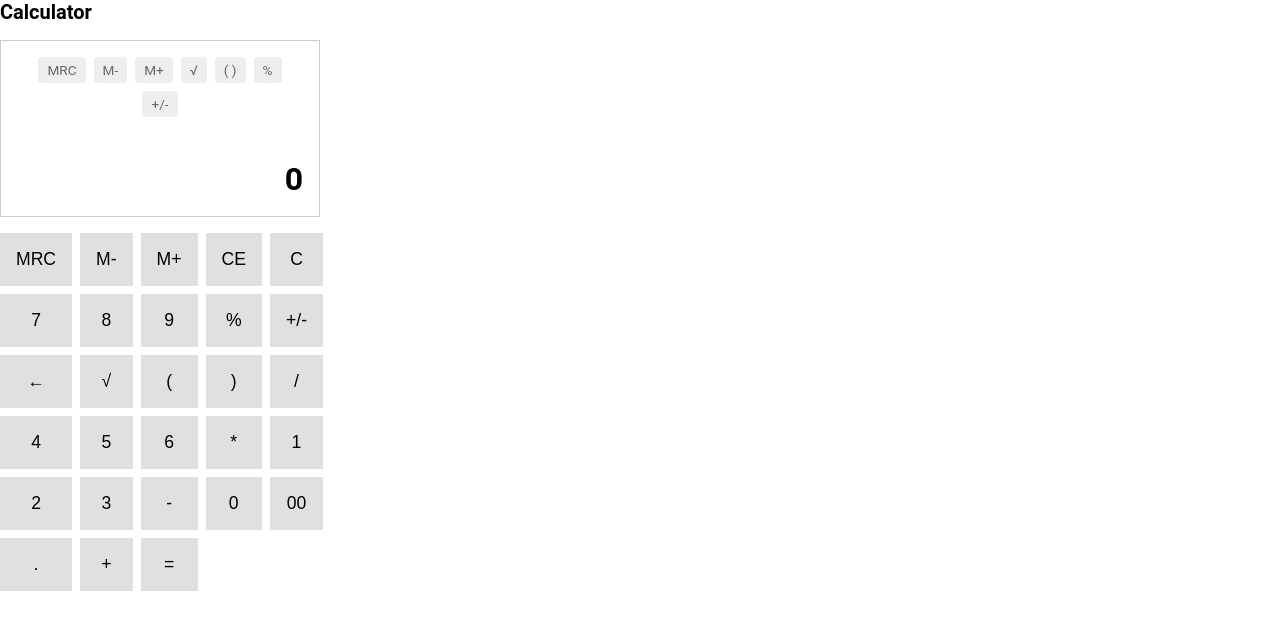
Repository: Denis793/CalculatorNew
Page: index.html
An editor plug-in stored every save of this project. The page is shown before and after the next save, followed by the edit.
The browser window is 1280 px wide. The pictures show the whole page.
The style sheet was rebuilt from its Sass, Less or Tailwind sources for each picture, by a compiler version that may differ from the author's.

Above is the page before, as saved 2025-05-17 16:55:29.

### index.html
<!DOCTYPE html>
<html lang="en">
  <head>
    <meta charset="UTF-8" />
    <meta name="viewport" content="width=device-width, initial-scale=1.0" />
    <title>Calculator</title>
    <link rel="stylesheet" href="./app/style/css/main.css" />
  </head>
  <body>
    <h1>Calculator</h1>

    <div class="display">
      <div class="indicators">
        <span class="indicator" data-key="MRC">MRC</span>
        <span class="indicator" data-key="M-">M-</span>
        <span class="indicator" data-key="M+">M+</span>
        <span class="indicator" data-key="√">√</span>
        <span class="indicator" data-key="()">( )</span>
        <span class="indicator" data-key="%">%</span>
        <span class="indicator" data-key="+/-">+/-</span>
      </div>

      <ul id="historyList"></ul>
      <div class="previous"></div>
      <div class="current"></div>
    </div>

    <div class="keypad">
      <button class="button">MRC</button>
      <button class="button">M-</button>
      <button class="button">M+</button>
      <button class="button">CE</button>
      <button class="button ac">C</button>

      <button class="button">7</button>
      <button class="button">8</button>
      <button class="button">9</button>

      <button class="button">%</button>
      <button class="button">+/-</button>
      <button class="button">←</button>
      <button class="button">√</button>
      <button class="button">(</button>
      <button class="button">)</button>

      <button class="button">/</button>
      <button class="button">4</button>
      <button class="button">5</button>
      <button class="button">6</button>
      <button class="button">*</button>
      <button class="button">1</button>
      <button class="button">2</button>
      <button class="button">3</button>
      <button class="button">-</button>
      <button class="button">0</button>
      <button class="button">00</button>
      <button class="button">.</button>
      <button class="button">+</button>
      <button class="button">=</button>
    </div>

    <script type="module" src="./app/js/main.js"></script>
  </body>
</html>

### app/js/main.js
import { initializeCalculator } from './state.js';
import './memory.js';
import './operations.js';
import './equals.js';
import './formatter.js';
import './history.js';
import './inputHandler.js';

initializeCalculator();

### app/js/state.js
import { handleMemory } from './memory.js';
import { handleOperations } from './operations.js';
import { handleEquals } from './equals.js';
import { handleInput } from './inputHandler.js';

export const state = {
  expression: '',
  memory: 0,
  memoryLog: [],
  finish: false,
  lastOperator: '',
  lastOperand: '',
  history: [],
  MAX_LENGTH: 12,
  displayPrev: document.querySelector('.previous'),
  displayCurr: document.querySelector('.current'),
  buttons: document.querySelector('.keypad'),
  historyList: document.getElementById('historyList'),
  lastFunction: '',
  parenthesesCount: 0,
};

export function clearAll() {
  state.expression = '';
  state.finish = false;
  state.lastOperator = '';
  state.lastOperand = '';
  state.lastFunction = '';
  state.parenthesesCount = 0;
  state.displayCurr.textContent = '0';
  state.displayPrev.textContent = '';
  state.historyList.innerHTML = '';
  state.history = [];
  document.querySelectorAll('.button').forEach((btn) => btn.classList.remove('active-operator'));
  document.querySelectorAll('.indicator').forEach((i) => i.classList.remove('active'));
}

export function initializeCalculator() {
  clearAll();

  document.querySelector('.ac').addEventListener('click', clearAll);

  state.buttons.addEventListener('click', (e) => {
    const btn = e.target;
    if (!btn.classList.contains('button')) return;

    const key = btn.textContent;

    const specialKeys = ['MRC', 'M-', 'M+', '+/-', '√'];
    if (specialKeys.includes(key)) {
      document.querySelectorAll('.indicator').forEach((i) => {
        const keep = i.dataset.key === '()' && state.parenthesesCount > 0;
        if (!keep) i.classList.remove('active');
      });
      const indicator = document.querySelector(`.indicator[data-key="${key}"]`);
      if (indicator) indicator.classList.add('active');
    }

    if (handleMemory(key)) return;
    if (handleOperations(key)) return;
    if (handleEquals(key)) return;
    if (handleInput(key)) return;
  });
}

### app/js/memory.js
import { state } from './state.js';
import { formatExpression } from './formatter.js';

export function handleMemory(key) {
  if (!state.memoryLog) state.memoryLog = [];

  if (key === 'MRC') {
    state.displayCurr.textContent = formatExpression(state.memory.toString());
    state.expression = state.memory.toString();
    state.finish = false;
    return true;
  }

  if (key === 'M+') {
    const value = parseFloat(state.displayCurr.textContent.replace(/\s/g, '')) || 0;
    state.memory += value;
    state.memoryLog.push(`+${value}`);
    if (state.memoryLog.length > 5) state.memoryLog.shift();
    return true;
  }

  if (key === 'M-') {
    const value = parseFloat(state.displayCurr.textContent.replace(/\s/g, '')) || 0;
    state.memory -= value;
    state.memoryLog.push(`-${value}`);
    if (state.memoryLog.length > 5) state.memoryLog.shift();
    return true;
  }

  return false;
}

### app/js/operations.js
import { state, clearAll } from './state.js';
import { formatExpression } from './formatter.js';

export function handleOperations(key) {
  if (key === '+/-') {
    if (state.displayCurr.textContent === '0') return true;
    if (state.finish) {
      state.expression = (-parseFloat(state.displayCurr.textContent.replace(/\s/g, ''))).toString();
      state.finish = false;
    } else {
      const match = state.expression.match(/(-?\d+\.?\d*)$/);
      if (match) {
        const num = match[0];
        const inverted = (-parseFloat(num)).toString();
        state.expression = state.expression.slice(0, -num.length) + inverted;
      } else {
        state.expression = '-' + state.expression;
      }
    }
    state.displayCurr.textContent = formatExpression(state.expression);
    return true;
  }

  if (key === '←') {
    if (state.finish) return true;
    state.expression = state.expression.slice(0, -1);
    state.displayCurr.textContent = formatExpression(state.expression) || '0';
    return true;
  }

  if (key === '%') {
    state.expression += '/100';
    state.displayCurr.textContent = formatExpression(state.expression);
    return true;
  }

  if (key === '√') {
    if (state.expression === '') return true;
    const original = state.expression;
    const result = Math.sqrt(eval(original));
    const visible = `√${original}`;
    state.expression = result.toString();
    state.displayCurr.textContent = formatExpression(state.expression);
    state.displayPrev.textContent = visible;
    state.lastFunction = 'sqrt';
    state.lastOperator = '';
    state.lastOperand = '';
    state.finish = true;
    const indicator = document.querySelector(`.indicator[data-key="√"]`);
    if (indicator) indicator.classList.add('active');
    return true;
  }

  if (key === '(') {
    if (state.finish) {
      state.expression = '';
      state.finish = false;
    }
    state.expression += key;
    state.displayCurr.textContent = formatExpression(state.expression);
    state.parenthesesCount++;
    const indicator = document.querySelector(`.indicator[data-key="()"]`);
    if (indicator) indicator.classList.add('active');
    return true;
  }

  if (key === ')') {
    if (state.finish) {
      state.expression = '';
      state.finish = false;
    }
    state.expression += key;
    state.displayCurr.textContent = formatExpression(state.expression);
    if (state.parenthesesCount > 0) {
      state.parenthesesCount--;
      if (state.parenthesesCount === 0) {
        const indicator = document.querySelector(`.indicator[data-key="()"]`);
        if (indicator) indicator.classList.remove('active');
      }
    }
    return true;
  }

  if (key === 'CE') {
    const match = state.expression.match(/.*?(?:[+\-*/(]|^)([\d.]+)$/);
    if (match) {
      state.expression = state.expression.slice(0, -match[1].length);
    } else {
      state.expression = '';
    }
    state.lastFunction = '';
    state.displayCurr.textContent = formatExpression(state.expression) || '0';
    document.querySelectorAll('.indicator').forEach((i) => i.classList.remove('active'));
    return true;
  }

  if (key === 'C') {
    clearAll();
    return true;
  }

  return false;
}

### app/js/equals.js
import { state } from './state.js';
import { formatExpression } from './formatter.js';
import { addToHistory } from './history.js';

export function handleEquals(key) {
  if (key !== '=') return false;

  try {
    if (!state.finish) {
      const result = eval(state.expression);
      const match = state.expression.match(/(.+)([+\-*/])\s*(-?\d+\.?\d*)$/);

      if (match) {
        state.lastOperator = match[2];
        state.lastOperand = match[3];
      } else {
        state.lastOperator = '';
        state.lastOperand = '';
      }

      const visible = state.displayPrev.textContent || state.expression;

      state.displayCurr.textContent = formatExpression(result.toString());
      state.expression = result.toString();
      state.finish = true;
      state.displayPrev.textContent = '';

      const containsOperator = /[+\-*/()]|Math\.sqrt|%/.test(visible);
      const isSame = visible.replace(/\s/g, '') === result.toString();

      if (containsOperator && !isSame) {
        addToHistory(`${visible} = ${result}`);
      }
    } else if (state.lastFunction === 'sqrt' && state.finish) {
      const value = parseFloat(state.expression);
      const result = Math.sqrt(value);
      const visible = `√${value}`;

      state.displayCurr.textContent = formatExpression(result.toString());
      state.expression = result.toString();
      state.displayPrev.textContent = visible;
      addToHistory(`${visible} = ${result}`);
      return true;
    } else if (state.lastOperator && state.lastOperand) {
      state.expression = `${state.expression}${state.lastOperator}${state.lastOperand}`;
      const result = eval(state.expression);
      state.displayCurr.textContent = formatExpression(result.toString());
      state.expression = result.toString();
      addToHistory(`${state.expression} = ${result}`);
    }
  } catch {
    state.displayCurr.textContent = 'Error';
    state.expression = '';
  }

  return true;
}

### app/js/formatter.js
export function formatExpression(expression) {
  return expression.replace(/\d+/g, (match) => {
    return Number(match).toLocaleString('en-US').replace(/,/g, ' ');
  });
}

### app/js/history.js
import { state } from './state.js';

export function addToHistory(item) {
  state.history.push(item);
  if (state.history.length > 3) state.history.shift();

  state.historyList.innerHTML = '';
  state.history.forEach((entry) => {
    const li = document.createElement('li');
    li.textContent = entry;
    state.historyList.appendChild(li);
  });
}

### app/js/inputHandler.js
import { state } from './state.js';
import { formatExpression } from './formatter.js';

export function handleInput(key) {
  const allowed = ['0', '1', '2', '3', '4', '5', '6', '7', '8', '9', '.', '+', '-', '*', '/', '00'];
  if (!allowed.includes(key)) return false;

  if (state.finish) {
    if (!isNaN(key) || key === '(') state.expression = '';
    state.finish = false;
  }

  const digitsOnly = state.expression.replace(/\D/g, '');
  if (digitsOnly.length >= state.MAX_LENGTH) return true;

  if (state.displayCurr.textContent === '0' && !isNaN(key)) {
    state.expression = key;
  } else {
    state.expression += key;
  }

  state.displayCurr.textContent = formatExpression(state.expression);
  return true;
}

### app/style/scss/main.scss
@use 'reset' as *;

h1 {
  margin-bottom: 1rem;
}

.display {
  display: flex;
  flex-direction: column;
  align-items: flex-end;
  width: 100%;
  max-width: 320px;
  background: #fff;
  padding: 1rem;
  border: 1px solid #ccc;
  margin-bottom: 1rem;
}

.previous {
  font-size: 0.9rem;
  color: #888;
  height: 1.2rem;
}

.current {
  font-size: 2rem;
  font-weight: bold;
  min-height: 2.5rem;
  color: #000;
}

.current.off {
  color: #aaa;
  font-style: italic;
}

#historyList {
  margin-top: 0.5rem;
  font-size: 0.8rem;
  list-style: none;
  padding: 0;
  color: #666;
}

.keypad {
  display: grid;
  grid-template-columns: repeat(5, 1fr);
  gap: 0.5rem;
  max-width: 320px;
  width: 100%;
}

.button {
  padding: 1rem;
  background: #e0e0e0;
  border: none;
  font-size: 1.1rem;
  cursor: pointer;
  transition: background 0.2s ease;
}

.button:hover {
  background: #d0d0d0;
}

.button.active-operator {
  background: #ffd700;
  color: #000;
}

.indicators {
  display: flex;
  flex-wrap: wrap;
  gap: 8px;
  justify-content: center;
  margin-bottom: 1rem;
}

.indicator {
  padding: 4px 8px;
  border-radius: 4px;
  background: #eee;
  border: 1px solid transparent;
  font-size: 0.85rem;
  color: #666;
}

.indicator.active {
  background-color: #2d8cf0;
  color: white;
  border-color: #2d8cf0;
}

### app/style/scss/_reset.scss
* {
  margin: 0;
  padding: 0;
  box-sizing: border-box;
}

body {
  font-family: 'Roboto', sans-serif;
  font-size: 10px;
}

After the next save:
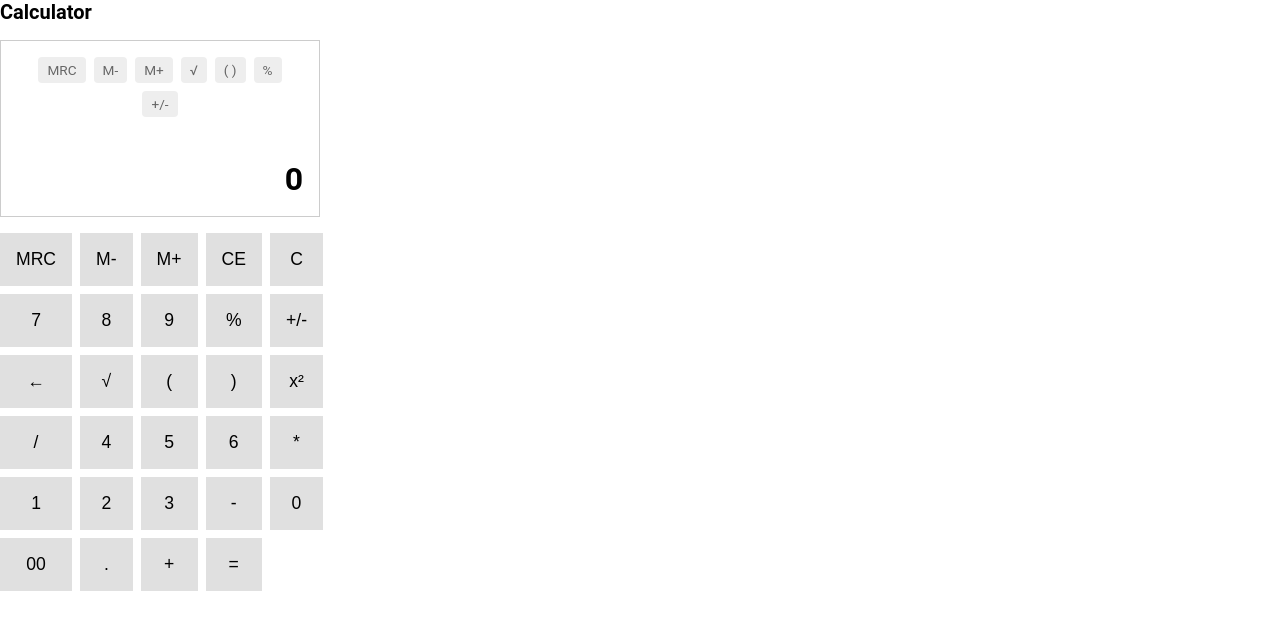
Saved 117 s later.
--- a/index.html
+++ b/index.html
@@ -35,24 +35,27 @@
       <button class="button">7</button>
       <button class="button">8</button>
       <button class="button">9</button>
-
       <button class="button">%</button>
       <button class="button">+/-</button>
+
       <button class="button">←</button>
       <button class="button">√</button>
       <button class="button">(</button>
       <button class="button">)</button>
+      <button class="button">x²</button>
 
       <button class="button">/</button>
       <button class="button">4</button>
       <button class="button">5</button>
       <button class="button">6</button>
       <button class="button">*</button>
+
       <button class="button">1</button>
       <button class="button">2</button>
       <button class="button">3</button>
       <button class="button">-</button>
       <button class="button">0</button>
+
       <button class="button">00</button>
       <button class="button">.</button>
       <button class="button">+</button>
